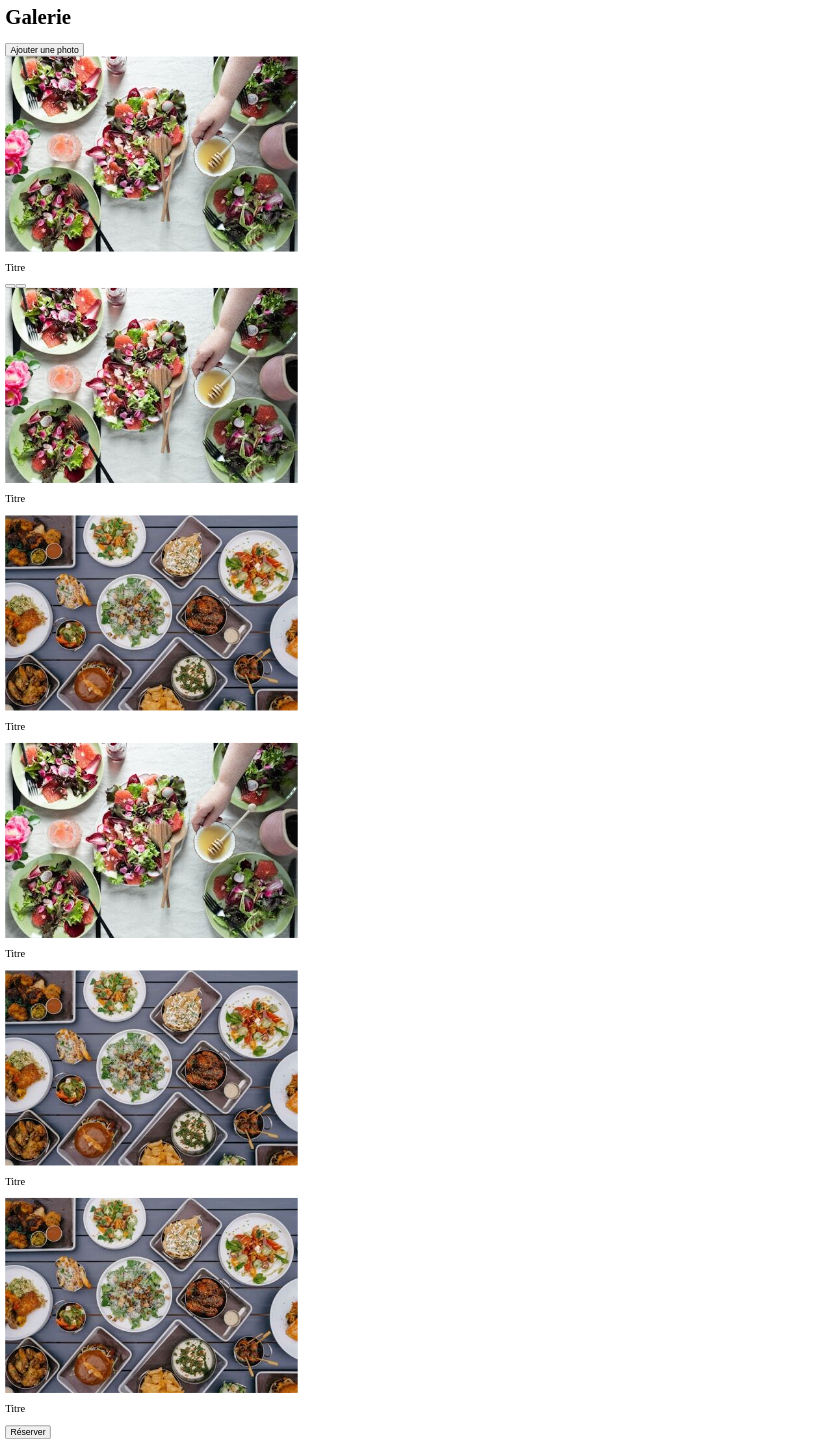
Repository: lemonhao9/QuaiAntiqueRestaurantFront
Page: pages/galerie.html
An editor plug-in stored every save of this project. The page is shown before and after the next save, followed by the edit.
The browser window is 1280 px wide. The pictures show the whole page, at 65% of full size.

Above is the page before, as saved 2025-01-24 14:29:04.

### pages/galerie.html
<div class="hero-scene text-center text-white">
    <div class="hero-scene-content">
            <h1>Galerie</h1>
    </div>
</div>

<div class="container">
    <div class="text-center">
        <button class="btn btn-primary">Ajouter une photo</button>
    </div>
    <div class="row row-cols-2 row-cols-lg-3">
        <div class="col p-3">
            <div class="image-card text-white">
                <img src="../images/platGalerie5.jpg" alt="platGalerie1" class="rounded w-100">
                <p class="titre-image">Titre</p>
                <div class="action-image-buttons">
                    <button type="button" class="btn btn-outline-light"></button><button></button>
                </div>
            </div>
        </div>
        <div class="col p-3">
            <div class="image-card text-white">
                <img src="../images/platGalerie5.jpg" alt="platGalerie1" class="rounded w-100">
                <p class="titre-image">Titre</p>
            </div>
        </div>
        <div class="col p-3">
            <div class="image-card text-white">
                <img src="../images/platGalerie3.jpg" alt="platGalerie1" class="rounded w-100">
                <p class="titre-image">Titre</p>
            </div>
        </div>
        <div class="col p-3">
            <div class="image-card text-white">
                <img src="../images/platGalerie5.jpg" alt="platGalerie1" class="rounded w-100">
                <p class="titre-image">Titre</p>
            </div>
        </div>
        <div class="col p-3">
            <div class="image-card text-white">
                <img src="../images/platGalerie3.jpg" alt="platGalerie1" class="rounded w-100">
                <p class="titre-image">Titre</p>
            </div>
        </div>
        <div class="col p-3">
            <div class="image-card text-white">
                <img src="../images/platGalerie3.jpg" alt="platGalerie1" class="rounded w-100">
                <p class="titre-image">Titre</p>
            </div>
        </div>
    </div>
    <div class="text-center">
        <button class="btn btn-primary">Réserver</button>
    </div>
</div>

After the next save:
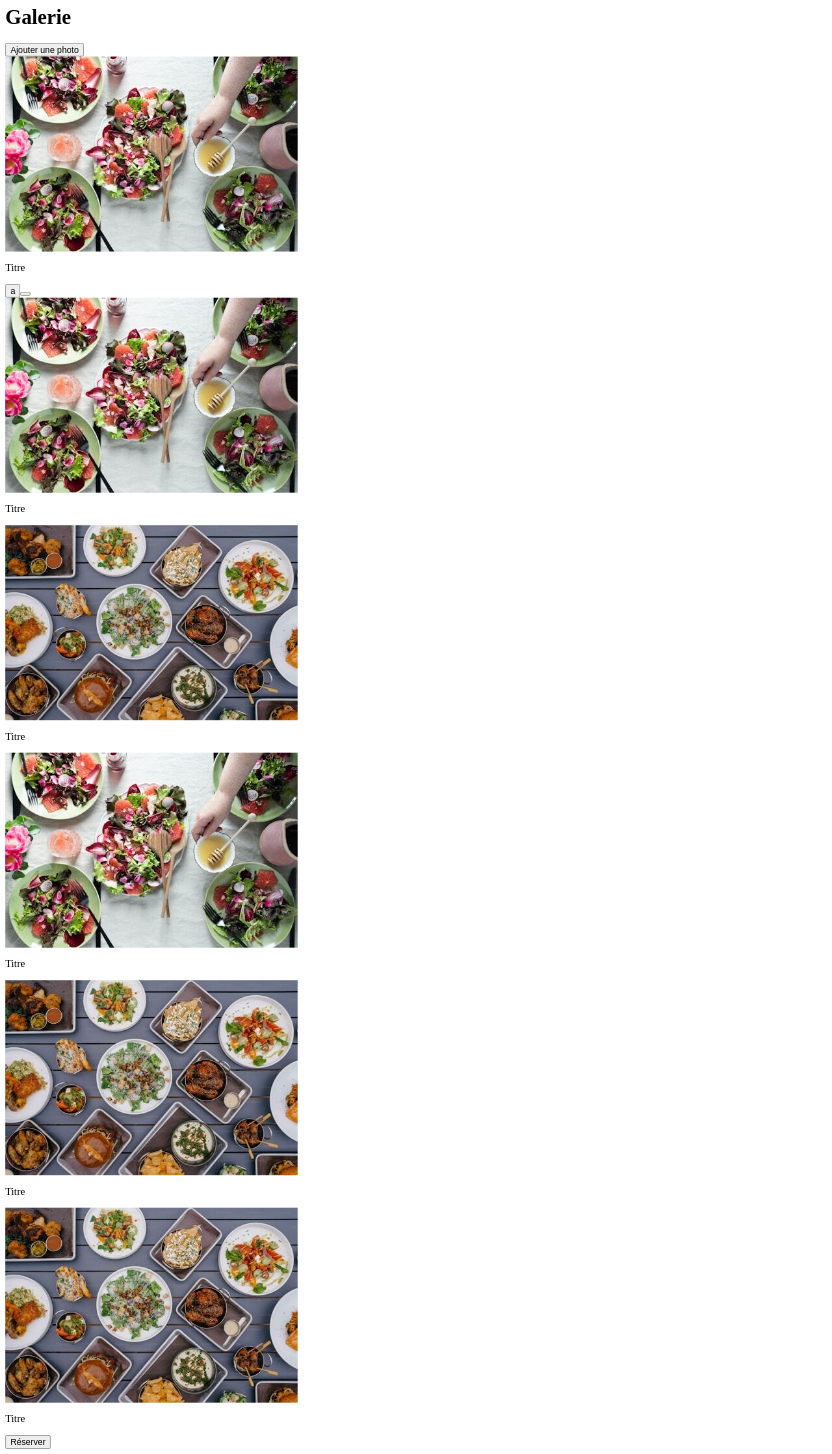
Saved 4 s later.
--- a/pages/galerie.html
+++ b/pages/galerie.html
@@ -14,7 +14,7 @@
                 <img src="../images/platGalerie5.jpg" alt="platGalerie1" class="rounded w-100">
                 <p class="titre-image">Titre</p>
                 <div class="action-image-buttons">
-                    <button type="button" class="btn btn-outline-light"></button><button></button>
+                    <button type="button" class="btn btn-outline-light">a</button><button></button>
                 </div>
             </div>
         </div>
